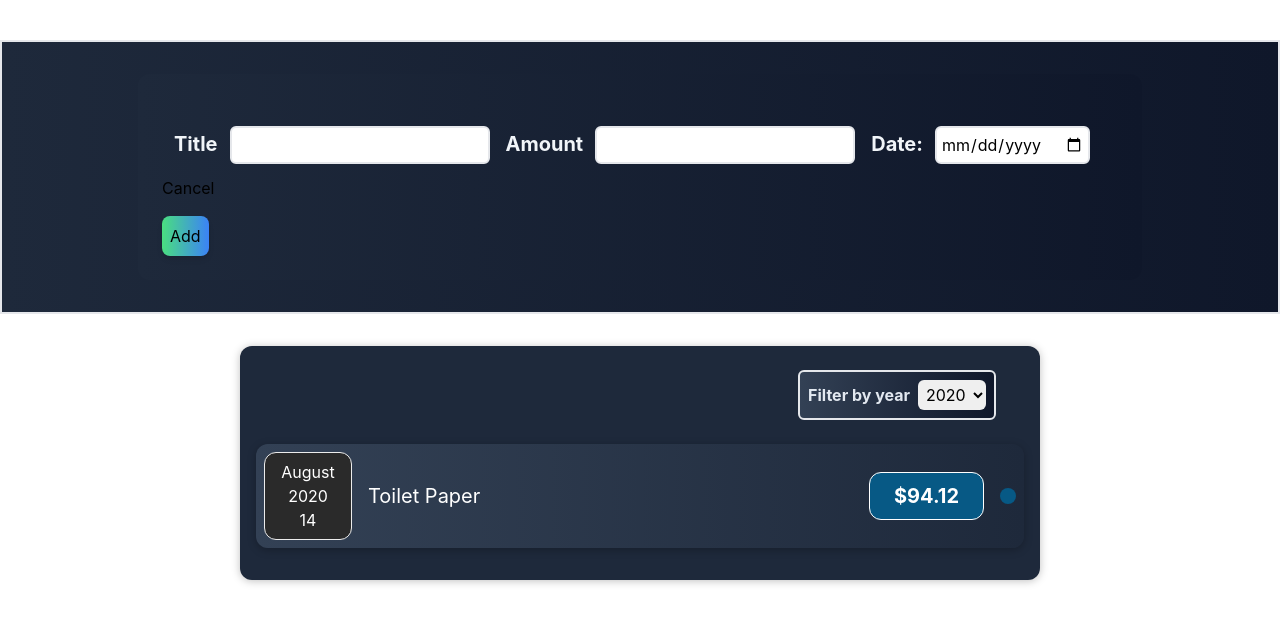
Repository: Sef24/expense-tracker
Page: /, after clicking the first element matching `button`
These files come from the project's save history. The page is drawn as it stood at one moment and after the next save; the edit follows.
The browser window is 1280 px wide. The pictures show the whole page.
The project was rebuilt for these pictures with package versions that can differ from the ones it lists, and the page was loaded fresh each time. Also part of the build but not shown: src/components/NewExpense/NewExpense.css, src/components/NewExpense/ExpenseForm.css.

Above is the page before, as saved 2022-05-03 16:40:04.

### public/index.html
<!DOCTYPE html>
<html lang="en">
  <head>
    <meta charset="utf-8" />
    <link rel="icon" href="%PUBLIC_URL%/favicon.ico" />
    <meta name="viewport" content="width=device-width, initial-scale=1" />

    <meta
      name="description"
      content="Web site created using create-react-app"
    />
    <link rel="apple-touch-icon" href="%PUBLIC_URL%/logo192.png" />
    <!--
      manifest.json provides metadata used when your web app is installed on a
      user's mobile device or desktop. See https://developers.google.com/web/fundamentals/web-app-manifest/
    -->
    <link rel="manifest" href="%PUBLIC_URL%/manifest.json" />
    <!--
      Notice the use of %PUBLIC_URL% in the tags above.
      It will be replaced with the URL of the `public` folder during the build.
      Only files inside the `public` folder can be referenced from the HTML.

      Unlike "/favicon.ico" or "favicon.ico", "%PUBLIC_URL%/favicon.ico" will
      work correctly both with client-side routing and a non-root public URL.
      Learn how to configure a non-root public URL by running `npm run build`.
    -->
    <title>React App</title>
  </head>
  <body>
    <noscript>You need to enable JavaScript to run this app.</noscript>
    <div id="root"></div>
    <!--
      This HTML file is a template.
      If you open it directly in the browser, you will see an empty page.

      You can add webfonts, meta tags, or analytics to this file.
      The build step will place the bundled scripts into the <body> tag.

      To begin the development, run `npm start` or `yarn start`.
      To create a production bundle, use `npm run build` or `yarn build`.
    -->
  </body>
</html>

### src/App.js
import Expenses from "./components/Expenses";
import NewExpense from "./components/NewExpense/NewExpense";
import { useState } from "react";

const DUMMY_DATA = [
  {
    id: "e1",
    title: "Toilet Paper",
    amount: 94.12,
    date: new Date(2020, 7, 14),
  },
  { id: "e2", title: "New TV", amount: 799.49, date: new Date(2021, 2, 12) },
  {
    id: "e3",
    title: "Car Insurance",
    amount: 294.67,
    date: new Date(2021, 2, 28),
  },
  {
    id: "e4",
    title: "New Desk (Wooden)",
    amount: 450,
    date: new Date(2021, 5, 12),
  },
];

function App() {
  const [expenses, setExpenses] = useState(DUMMY_DATA);

  const addExpenseHandler = (expense) => {
    setExpenses((prevExpenses) => {
      return [expense, ...prevExpenses];
    });
  };
  return (
    <div>
      <div>
        <NewExpense onAddExpense={addExpenseHandler} />
        <Expenses items={expenses} />
      </div>
    </div>
  );
}

export default App;

### src/components/Expenses.js
import React, { useState } from "react";
import ExpenseItem from "./ExpenseItem";
import "./Expenses.css";
import ExpensesList from "./ExpensesList";
import ExpensesFilter from "./NewExpense/ExpensesFilter";

function Expenses(props) {
  const [filteredYear, setFilteredYear] = useState("2020");

  const filterChangeHandler = (selectedYear) => {
    setFilteredYear(selectedYear);
  };

  const filteredExpenses = props.items.filter((expense) => {
    return expense.date.getFullYear().toString() === filteredYear;
  });

  return (
    <div>
      <div className="expenses  bg-slate-800 ... ">
        <ExpensesFilter
          selected={filteredYear}
          onChangeFilter={filterChangeHandler}
        />
        <ExpensesList items={filteredExpenses} />
      </div>
    </div>
  );
}

export default Expenses;

### src/components/NewExpense/NewExpense.js
import React from "react";
import "./NewExpense.css";
import ExpenseForm from "./ExpenseForm";
import { useState } from "react";

function NewExpense(props) {
  const [isEditing, setIsEditing] = useState(false);

  const saveExpenseDataHandler = (enteredExpenseData) => {
    const expenseData = {
      ...enteredExpenseData,
      id: Math.random().toString(),
    };

    props.onAddExpense(expenseData);
    setIsEditing(false);
  };

  const startEditingHandler = () => {
    setIsEditing(true);
  };

  const stopEditingHandler = () => {
    setIsEditing(false);
  };

  return (
    <div
      className="flex w-full p-4 mt-10 items-center justify-center border-2
      bg-gradient-to-r from-slate-800 to-slate-900 ... px-10"
    >
      {!isEditing && (
        <button
          onClick={startEditingHandler}
          className="flex items-center justify-center border-2 p-4 rounded-lg text-slate-50"
        >
          Add Expense
        </button>
      )}
      {isEditing && (
        <ExpenseForm
          onSaveExpenseData={saveExpenseDataHandler}
          onCancel={stopEditingHandler}
        />
      )}
    </div>
  );
}

export default NewExpense;

### src/components/ExpenseItem.js
import React, { useState } from "react";
import "./ExpenseItem.css";
import ExpenseDate from "./ExpenseDate";

function ExpenseItem(props) {
  const [title, setTitle] = useState(props.title);

  const clickHandler = () => {
    setTitle("Updated");
    console.log(title);
  };

  return (
    <li>
      <div className="expense-item bg-gradient-to-r  from-slate-700  to-slate-800 ... border-x-cyan-100 ">
        <ExpenseDate date={props.date} />

        <div className="expense-item__description">
          <h2>{props.title}</h2>

          <div className="expense-item__price bg-sky-800">${props.amount}</div>
        </div>
        <button
          className="p-2 ml-4 border-transparent rounded-full border-0
        bg-sky-800 font-bold text-slate-50"
          onClick={clickHandler}
        ></button>
      </div>
    </li>
  );
}

export default ExpenseItem;

### src/components/Expenses.css
.expenses {
  padding: 1rem;

  margin: 2rem auto;
  width: 50rem;
  max-width: 95%;
  border-radius: 12px;
  box-shadow: 0 1px 8px rgba(0, 0, 0, 0.25);
}

### src/components/ExpensesList.js
import React from "react";

import ExpenseItem from "./ExpenseItem";

const ExpensesList = (props) => {
  if (props.items.length === 0) {
    return (
      <h2 className="text-white font-extrabold text-xl flex items-center justify-center">
        Found no expenses...
      </h2>
    );
  }

  return (
    <ul>
      {props.items.map((expense) => (
        <ExpenseItem
          key={expense.id}
          id={expense.id}
          title={expense.title}
          amount={expense.amount}
          date={expense.date}
        />
      ))}
    </ul>
  );
};

export default ExpensesList;

### src/components/NewExpense/ExpensesFilter.js
import React from "react";

const ExpensesFilter = (props) => {
  const dropdownChangeHandler = (event) => {
    props.onChangeFilter(event.target.value);
  };
  return (
    <div className="">
      <div className="flex justify-end p-2 mr-5 ">
        <div
          className="border-2  rounded-md border-inherit p-2 ml-6
        bg-gradient-to-r from-slate-700 to-slate-900 ..."
        >
          <label className="text-slate-200 font-bold mr-2">
            Filter by year
          </label>
          <select
            value={props.selected}
            onChange={dropdownChangeHandler}
            className="rounded-md p-1"
          >
            <option value="2022">2022</option>
            <option value="2021">2021</option>
            <option value="2020">2020</option>
            <option value="2019">2019</option>
          </select>
        </div>
      </div>
    </div>
  );
};

export default ExpensesFilter;

### src/components/NewExpense/ExpenseForm.js
import React, { useState } from "react";
import "./ExpenseForm.css";

function ExpenseForm(props) {
  const [titleHandler, setTitleHandler] = useState("");
  const [amountHandler, setAmountHandler] = useState("");
  const [dateHandler, setDateHandler] = useState("");

  const handleTitleChange = (event) => {
    setTitleHandler(event.target.value);
  };

  const handleAmountChange = (event) => {
    setAmountHandler(event.target.value);
  };

  const handleDateChange = (event) => {
    setDateHandler(event.target.value);
  };

  const handleSubmit = (event) => {
    event.preventDefault();

    const expenseData = {
      title: titleHandler,
      amount: amountHandler,
      date: new Date(dateHandler),
    };
    props.onSaveExpenseData(expenseData);
    setTitleHandler("");
    setAmountHandler("");
    setDateHandler("");
  };

  return (
    <form
      className="bg-gradient-to-r from-slate-800 to-slate-900 ... p-6 m-4 rounded-xl"
      onSubmit={handleSubmit}
    >
      <div className="flex justify-center pt-4 m-3">
        <div className="font-bold text-slate-100 text-xl mr-1 mt-1">Title</div>
        <input
          className="border-2 mr-4 ml-2 rounded-md p-1 hover:bg-slate-50 active:bg-slate-50 "
          type="text"
          onChange={handleTitleChange}
          value={titleHandler}
        />

        <div className="font-bold text-slate-100 text-xl mr-1 mt-1">Amount</div>
        <input
          className="border-2 mr-4 ml-2 rounded-md p-1 hover:bg-slate-50 active:bg-slate-50"
          type="number"
          min="0.01"
          step="0.01"
          onChange={handleAmountChange}
          value={amountHandler}
        />

        <div className="font-bold text-slate-100 text-xl mr-1 mt-1">Date:</div>
        <input
          className="border-2 mr-4 ml-2 rounded-md p-1 hover:bg-slate-50 active:bg-slate-50"
          type="date"
          onChange={handleDateChange}
          value={dateHandler}
        />
      </div>
      <div>
        <button
          type="button"
          onClick={props.onCancel}
          className="flex items-center justify-center"
        >
          Cancel
        </button>
        <button
          type="submit"
          className="p-2 mt-4 border-3 border-solid rounded-lg shadow-md
          bg-gradient-to-r from-green-400 to-blue-500
          hover:from-pink-500 hover:to-yellow-500 ...
          active:opacity-75"
        >
          Add
        </button>
      </div>
    </form>
  );
}

export default ExpenseForm;

### src/components/ExpenseItem.css
.expense-item {
  display: flex;
  justify-content: space-between;
  align-items: center;
  box-shadow: 0 2px 8px rgba(0, 0, 0, 0.25);
  padding: 0.5rem;
  margin: 1rem 0;
  border-radius: 12px;
}

.expense-item__description {
  display: flex;
  flex-direction: column;
  gap: 1rem;
  align-items: flex-end;
  flex-flow: column-reverse;
  justify-content: flex-start;
  flex: 1;
}

.expense-item h2 {
  color: #3a3a3a;
  font-size: 1rem;
  flex: 1;
  margin: 0 1rem;
  color: white;
}

.expense-item__price {
  font-size: 1rem;
  font-weight: bold;
  color: white;

  border: 1px solid white;
  padding: 0.5rem;
  border-radius: 12px;
}

@media (min-width: 580px) {
  .expense-item__description {
    flex-direction: row;
    align-items: center;
    justify-content: flex-start;
    flex: 1;
  }

  .expense-item__description h2 {
    font-size: 1.25rem;
  }

  .expense-item__price {
    font-size: 1.25rem;
    padding: 0.5rem 1.5rem;
  }
}

### src/components/ExpenseDate.js
import React from "react";
import "./ExpenseDate.css";

function ExpenseDate(props) {
  const month = props.date.toLocaleString("en-US", { month: "long" });
  const day = props.date.getDate();
  const year = props.date.getFullYear();

  return (
    <div className="expense-date">
      <div className="expense__month">{month}</div>
      <div className="expense__year">{year}</div>
      <div className="expense__day">{day}</div>
    </div>
  );
}

export default ExpenseDate;

Loaded but not shown: src/index.js (common file); src/index.css (common file); src/components/ExpenseDate.css (common file); tailwind.config.js (common file)

After the next save:
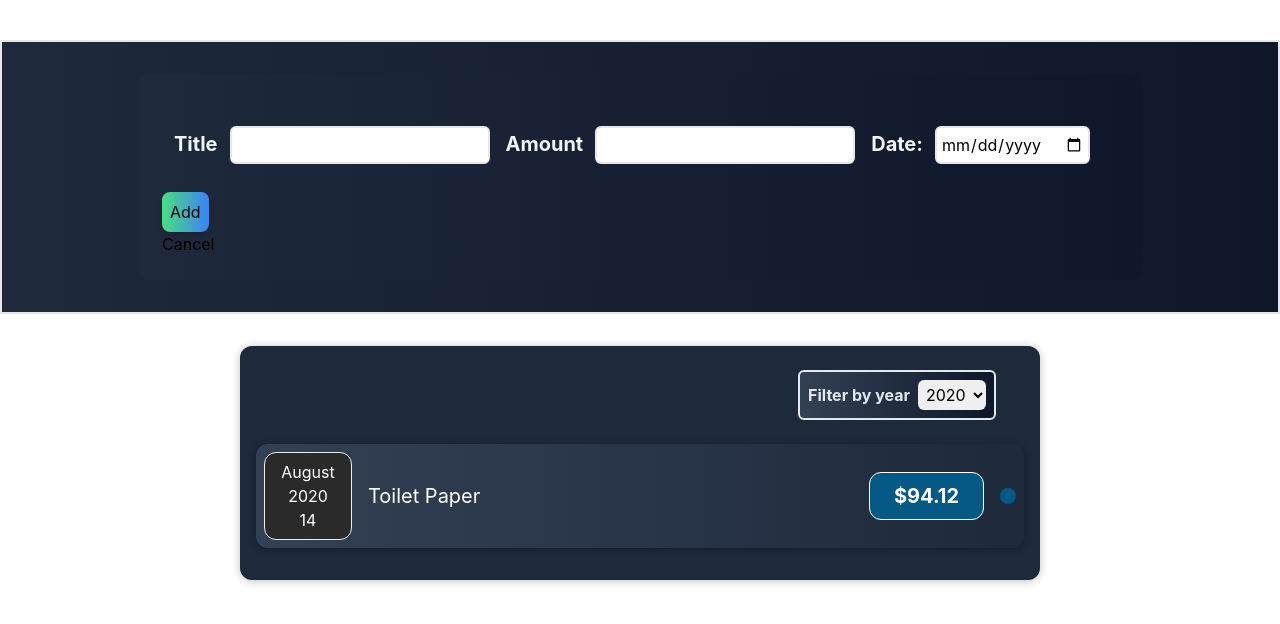
Saved 49 s later.
--- a/src/components/NewExpense/ExpenseForm.js
+++ b/src/components/NewExpense/ExpenseForm.js
@@ -66,13 +66,6 @@ function ExpenseForm(props) {
       </div>
       <div>
         <button
-          type="button"
-          onClick={props.onCancel}
-          className="flex items-center justify-center"
-        >
-          Cancel
-        </button>
-        <button
           type="submit"
           className="p-2 mt-4 border-3 border-solid rounded-lg shadow-md
           bg-gradient-to-r from-green-400 to-blue-500
@@ -81,6 +74,13 @@ function ExpenseForm(props) {
         >
           Add
         </button>
+        <button
+          type="button"
+          onClick={props.onCancel}
+          className="flex items-center justify-center"
+        >
+          Cancel
+        </button>
       </div>
     </form>
   );
